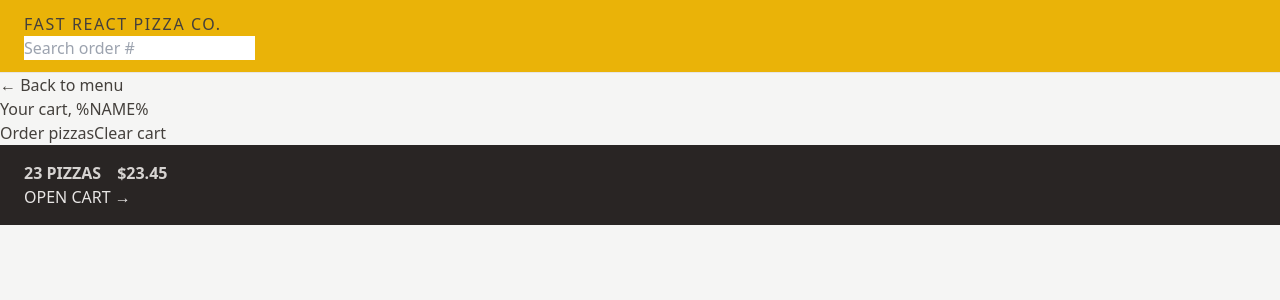
Repository: masamichan/pizza-vite
Page: /cart
An editor plug-in stored every save of this project. The page is shown before and after the next save, followed by the edit.
The browser window is 1280 px wide. The pictures show the whole page.
The project was rebuilt for these pictures with package versions that can differ from the ones it lists, and the page was loaded fresh each time. Also part of the build but not shown: vite.config.js, src/ui/Home.jsx, src/services/apiRestaurant.js, src/utils/helpers.js, src/features/menu/MenuItem.jsx, src/features/menu/Menu.jsx, src/features/order/CreateOrder.jsx, src/features/order/Order.jsx and 2 more. Imported but missing from the stored project, and not drawn on this page: src/features/user/CreateUser.

Above is the page before, as saved 2023-12-22 09:55:41.

### src/App.jsx
import { RouterProvider, createBrowserRouter } from "react-router-dom"
import Home from './ui/Home'
import Menu, {loader as menuLoader} from './features/menu/Menu';
import Cart from './features/cart/Cart';
import CreateOrder, {action as createOrderAction} from './features/order/CreateOrder';
import Order, {loader as orderLoader} from "./features/order/Order"
import AppLayout from "./ui/AppLayout";
import Error from "./ui/Error"

const router = createBrowserRouter([
  {
    element: <AppLayout />,
    errorElement: <Error />,
    children: [
  { path: "/", element: <Home/>},
  { path: "/menu", element: <Menu />, loader: menuLoader, errorElement: <Error />},
  {path: "/cart",element: <Cart />},
  {path: "/order/new",element: <CreateOrder />, action: createOrderAction},
  {path: "/order/:orderId", element: <Order />, loader: orderLoader, errorElement: <Error />}
    ],
  },
])




function App() {
  return <RouterProvider router={router} />
}

export default App

### src/ui/AppLayout.jsx
import Header from "./Header"
import Loader from './Loader'
import { Outlet, useNavigation } from "react-router-dom"
import CartOverview from "../features/cart/CartOverview"


function AppLayout() {
  const navigation = useNavigation()
  const isLoading = navigation.state === "loading"
  return (
    <div className="layout">
    {isLoading && <Loader />}

    <Header />
    <main>
      <Outlet />
    </main>
    <CartOverview/>
    </div>
  )
}

export default AppLayout

### src/ui/Header.jsx
import { Link } from 'react-router-dom';
import SearchOrder from '../features/order/SearchOrder';
import UserName from '../features/user/UserName';

function Header() {
  return (
    <header className="border-b border-stone-200 bg-yellow-500 px-4 py-3 uppercase sm:px-6">
      <Link to="/" className="tracking-widest">
        Fast React Pizza Co.
      </Link>
      <SearchOrder />
      <UserName />
    </header>
  );
}

export default Header;

### src/features/cart/CartOverview.jsx
import { Link } from 'react-router-dom';

function CartOverview() {
  return (
    <div className="bg-stone-800 px-4 py-4 text-sm uppercase text-stone-200 sm:px-6 md:text-base">
      <p className="sm-space-x-6 space-x-4 font-semibold text-stone-300">
        <span>23 pizzas</span>
        <span>$23.45</span>
      </p>
      <Link to="/cart">Open cart &rarr;</Link>
    </div>
  );
}

export default CartOverview;

### src/features/order/SearchOrder.jsx
import { useState } from "react"
import { useNavigate } from "react-router-dom";

function SearchOrder() {

  const[query, setQuery] = useState('')
  const navigate = useNavigate()

  function handleSubmit(e) {
    e.preventDefault();
    if(!query) return;
    navigate(`/order/${query}`)
    setQuery("");
  }

  return (
    <form onSubmit={handleSubmit}>
      <input
      placeholder="Search order #"
      value={query}
      onChange={(e) => setQuery(e.target.value)}
      />
    </form>
  )
}

export default SearchOrder

### src/features/user/UserName.jsx

function UserName() {
  return (
    <div className="text-sm hidden font-semibold">Masami</div>
  )
}

export default UserName

Loaded but not shown: index.html (common file); src/main.jsx (common file); src/index.css (common file); src/features/cart/Cart.jsx (common file); tailwind.config.js (common file)

After the next save:
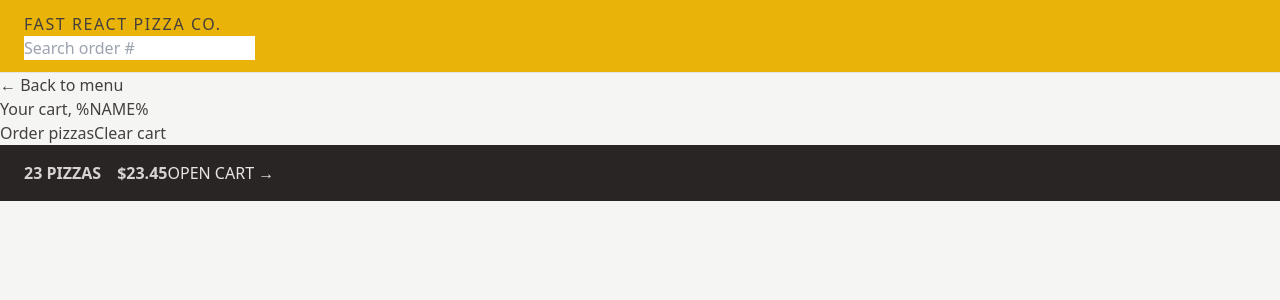
Saved 25 min 43 s later.
--- a/src/features/cart/CartOverview.jsx
+++ b/src/features/cart/CartOverview.jsx
@@ -2,7 +2,7 @@ import { Link } from 'react-router-dom';
 
 function CartOverview() {
   return (
-    <div className="bg-stone-800 px-4 py-4 text-sm uppercase text-stone-200 sm:px-6 md:text-base">
+    <div className="flex bg-stone-800 px-4 py-4 text-sm uppercase text-stone-200 sm:px-6 md:text-base">
       <p className="sm-space-x-6 space-x-4 font-semibold text-stone-300">
         <span>23 pizzas</span>
         <span>$23.45</span>
